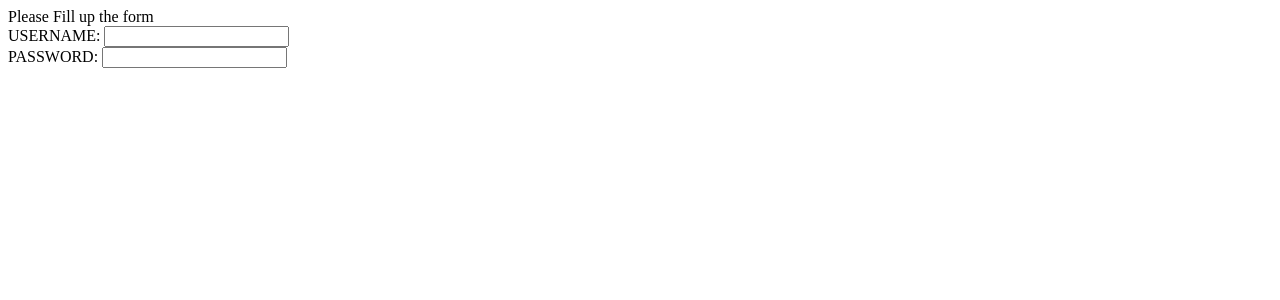
Repository: ShashantNagpure/AllProjects
Page: http://localhost/SessionMgmt/
An editor plug-in stored every save of this project. The page is shown before and after the next save, followed by the edit.
The browser window is 1280 px wide. The pictures show the whole page.
The page is served by Tomcat 9.

Above is the page before, as saved 2018-09-19 05:48:54.

### Servers/SessionMgmt/WebContent/index.jsp
<?xml version="1.0" encoding="ISO-8859-1" ?>
<%@ page language="java" contentType="text/html; charset=ISO-8859-1"
    pageEncoding="ISO-8859-1"%>
<!DOCTYPE html PUBLIC "-//W3C//DTD XHTML 1.0 Transitional//EN" "http://www.w3.org/TR/xhtml1/DTD/xhtml1-transitional.dtd">
<html xmlns="http://www.w3.org/1999/xhtml">
<head>
<meta http-equiv="Content-Type" content="text/html; charset=ISO-8859-1" />
<title>Insert title here</title>
</head>
<body>
Please Fill up the form
<form action="login" method="post">
USERNAME: <input type="text" name="username"><br>
PASSWORD: <input type="password" name="password"><br>

</form>
</body>
</html>

After the next save:
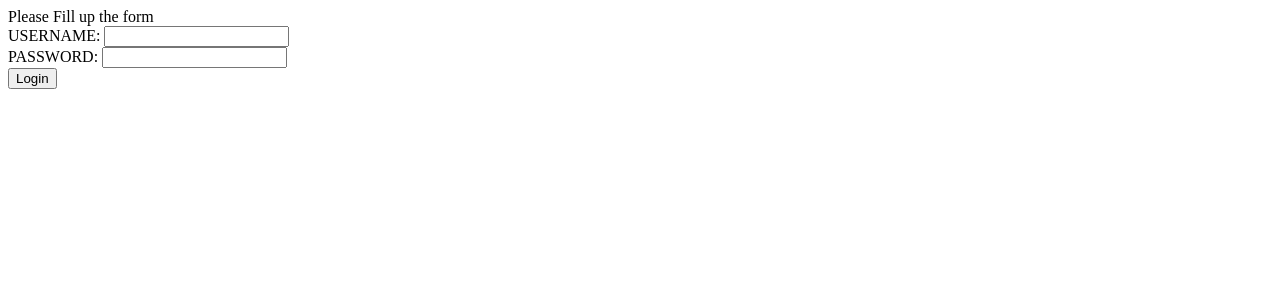
Saved 21 s later.
--- a/Servers/SessionMgmt/WebContent/index.jsp
+++ b/Servers/SessionMgmt/WebContent/index.jsp
@@ -12,6 +12,7 @@ Please Fill up the form
 <form action="login" method="post">
 USERNAME: <input type="text" name="username"><br>
 PASSWORD: <input type="password" name="password"><br>
+		  <input type="submit" value="Login"></input>
 
 </form>
 </body>
